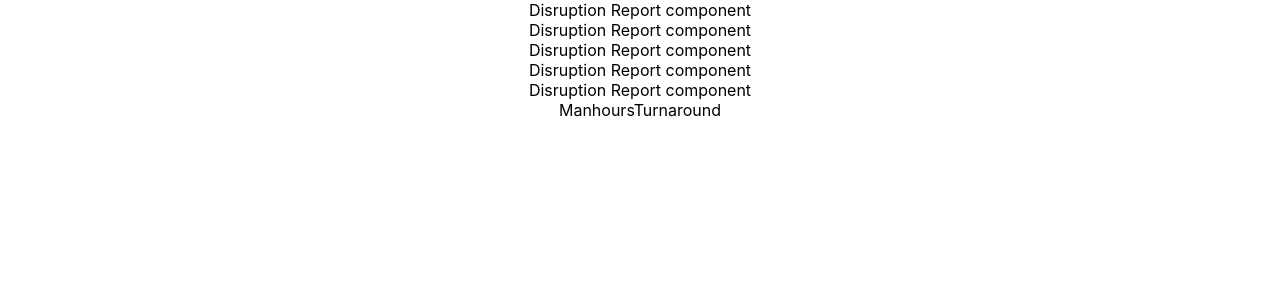
Repository: deepakkaithwas/AirBus
Page: /
These files come from the project's save history. The page is drawn as it stood at one moment and after a run of saves; the edit follows.
The browser window is 1280 px wide. The pictures show the whole page.
The project was rebuilt for these pictures with package versions that can differ from the ones it lists, and the page was loaded fresh each time.

Above is the page before, as saved 2019-12-13 18:30:44.

After the next 2 saves:
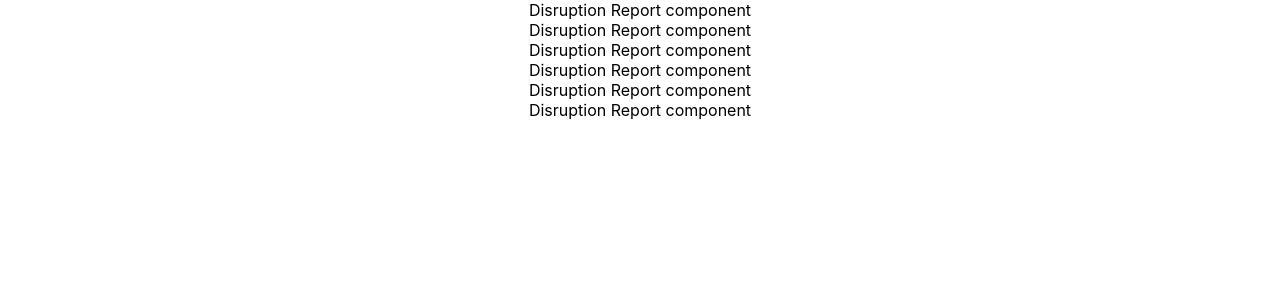
The 2 saves are shown as one change because they came seconds apart.
The last was saved 10 s later.
--- a/src/pages/ExecutiveSummary/index.js
+++ b/src/pages/ExecutiveSummary/index.js
@@ -13,9 +13,8 @@ const ExecutiveSummary = () => {
       <DisruptionRport />
       <EventOccurence />
       <MaintenanceBudget />
-
-          <FlightCancellations />
-          ManhoursTurnaround
+      <FlightCancellations />
+      <ManhoursTurnaround />
     </React.Fragment>
   );
 };
